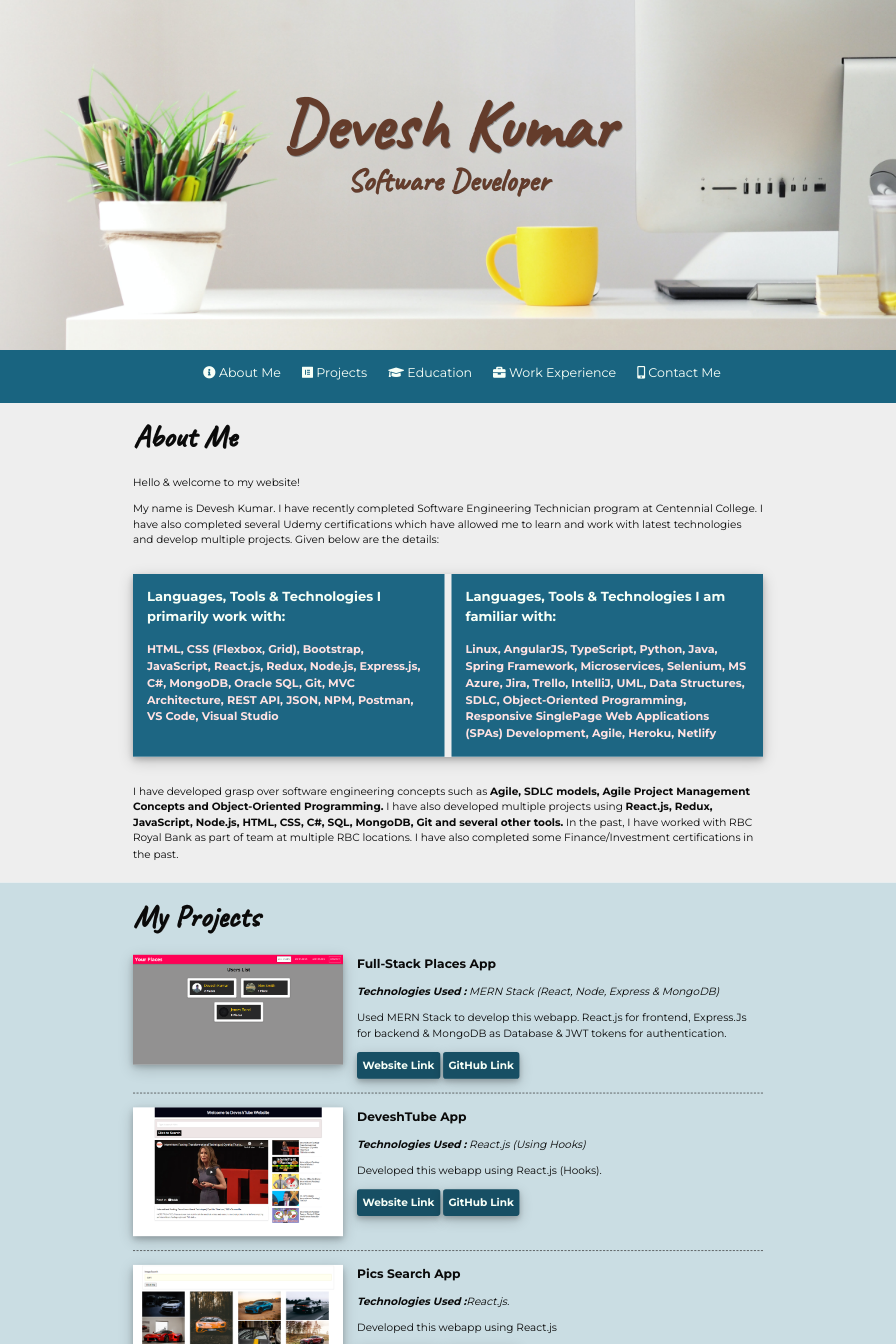
Repository: My-Web-Page/MyWebPage
Page: index.html
These files come from the project's save history. The page is drawn as it stood at one moment and after the next save; the edit follows.
The browser window is 1280 px wide. The pictures show the part of the page from y = 0 to 1920 px (the page is 5030 px tall), at 70% of full size.
Some web libraries are served in a nearby version.

Above is the page before, as saved 2021-11-03 09:53:20.

### index.html
<!DOCTYPE html>
<html lang="en">

<head>
    <meta charset="UTF-8">
    <meta name="viewport" content="width=device-width, initial-scale=1.0">
    <link href="./assets/images/favicon.ico" rel="icon" type="image/x-icon" />

    <title> Devesh Kumar : Full-Stack Developer</title>
    <link rel="preconnect" href="https://fonts.gstatic.com">
    <link href="https://fonts.googleapis.com/css2?family=Caveat&family=Montserrat:wght@400;700&display=swap" rel="stylesheet">
    <link rel="stylesheet" href="https://pro.fontawesome.com/releases/v5.10.0/css/all.css" integrity="sha384-AYmEC3Yw5cVb3ZcuHtOA93w35dYTsvhLPVnYs9eStHfGJvOvKxVfELGroGkvsg+p" crossorigin="anonymous" />

    <link rel="stylesheet" href="style.css">
</head>

<body>
    <main>
        <!-- ***********************  ABOUT / PROFILE  *********************** -->
        <header>
            <div class="container">
                <h1>Devesh Kumar</h1>
                <h2>Software Developer</h2>
            </div>
        </header>

        <nav id="navbar">
            <ul class="nav-ul">
                <li>
                    <a href="#about-me"><i class="fas fa-info-circle"></i> About Me</a>
                </li>
                <li>
                    <a href="#projects"><i class="fab fa-elementor"></i> Projects</a>
                </li>
                <li>
                    <a href="#education"><i class="fas fa-graduation-cap"></i> Education</a>
                </li>
                <li>
                    <a href="#work-experience"><i class="fas fa-briefcase"></i> Work Experience</a>
                </li>
                <li>
                    <a href="#contact"><i class="fas fa-mobile-alt"></i> Contact Me</a>
                </li>
            </ul>
        </nav>

        <!-- *********************About Me***********************  -->
        <section id="about-me">
            <div class="container">
                <h2>About Me</h2>
                <p>Hello & welcome to my website!
                </p>
                <p>
                    My name is Devesh Kumar. I have recently completed Software Engineering Technician program at Centennial College. I have also completed several Udemy certifications which have allowed me to learn and work with latest technologies and develop multiple
                    projects. Given below are the details:
                </p>
                <br>
                <div class="grid-container">
                    <div class="grid-item">
                        <h3>Languages, Tools & Technologies I primarily work with:</h3>
                        <h4> HTML, CSS (Flexbox, Grid), Bootstrap, JavaScript, React.js, Redux, Node.js, Express.js, C#, MongoDB, Oracle SQL, Git, MVC Architecture, REST API, JSON, NPM, Postman, VS Code, Visual Studio
                            </p>
                    </div>

                    <div class="grid-item">
                        <h3>Languages, Tools & Technologies I am familiar with:</h3>
                        <h4>Linux, AngularJS, TypeScript, Python, Java, Spring Framework, Microservices, Selenium, MS Azure, Jira, Trello, IntelliJ, UML, Data Structures, SDLC, Object-Oriented Programming, Responsive SinglePage Web Applications (SPAs) Development,
                            Agile, Heroku, Netlify
                            </p>
                    </div>
                </div>
                <br>
                <p>I have developed grasp over software engineering concepts such as <strong> Agile, SDLC models,
                        Agile Project Management Concepts and Object-Oriented Programming.</strong> I have also developed multiple projects using <strong> React.js, Redux, JavaScript, Node.js, HTML, CSS, C#, SQL,
                        MongoDB, Git and several other tools.</strong> In the past, I have worked with RBC Royal Bank as part of team at multiple RBC locations. I have also completed some Finance/Investment certifications in the past.
                </p>


            </div>
        </section>

        <!-- *********************Pop-Ups***********************  -->
        <section class="popup-wrapper" id="popup">
            <div class="container">
                <img id="popup-img" alt="finalproject popup">
            </div>
        </section>
        <!-- ********************  PROJECTS / PORTFOLIO  ********************* -->
        <section id="projects" class="projects">
            <div class="container divider">
                <h2>My Projects</h2>


                <!-- Project 1 -->
                <section class="project-item clearfix">
                    <img class="project-image" src="./assets/images/Places.png" alt="Full-Stack Places App">
                    <h3>Full-Stack Places App</h3>
                    <p> <strong>Technologies Used :</strong> MERN Stack (React, Node, Express & MongoDB)
                    </p>
                    <p>Used MERN Stack to develop this webapp. React.js for frontend, Express.Js for backend & MongoDB as Database & JWT tokens for authentication.
                    </p>
                    <a class="btn" href="https://devesh-mern-app.herokuapp.com/" target="_blank">Website Link</a>
                    <a class="btn" href="https://github.com/portretrieve/Full-stack-mern-forntend-backend-combined" target="_blank">GitHub Link</a>
                </section>

                <!-- Project 2 -->
                <section class="project-item clearfix">
                    <img class="project-image" src="./assets/images/deveshtube.png" alt="DeveshTube App">
                    <h3>DeveshTube App</h3>
                    <p> <strong>Technologies Used :</strong> React.js (Using Hooks)</p>
                    <p>Developed this webapp using React.js (Hooks).</p>
                    <a class="btn" href="https://blissful-pasteur-e62546.netlify.app/" target="_blank">Website Link</a>
                    <a class="btn" href="https://github.com/portretrieve/reactApp-DeveshTube-using-hooks" target="_blank">GitHub Link</a>
                </section>

                <!-- Project 3 -->
                <section class="project-item clearfix">
                    <img class="project-image" src="./assets/images/pics.png" alt="Pics Search App">
                    <h3>Pics Search App</h3>
                    <p> <strong>Technologies Used :</strong>React.js.</p>
                    <p>Developed this webapp using React.js
                    </p>
                    <a class="btn" href="https://eager-bassi-827826.netlify.app/" target="_blank">Website Link</a>
                    <a class="btn" href="https://github.com/portretrieve/reactApp-pics" target="_blank">GitHub Link</a>
                </section>

                <!-- Project 4 -->
                <section class="project-item clearfix">
                    <img class="project-image" src="./assets/images/assignment_2.png" alt="Portfolio Assignment Using Node.js, Bootstrap, EJS and MongoDB">
                    <h3>Personal Portfolio Website</h3>
                    <p> <strong>Technologies Used :</strong> EJS, CSS, Node.js and MongoDB.</p>
                    <p>Developed this website using above mentioned technologies. I used ExpressJs middleware, and passport.js for authentication.</p>
                    <a class="btn" href="https://comp229-asnmt2.herokuapp.com/home" target="_blank">Website Link</a>
                    <a class="btn" href="https://github.com/portretrieve/Assignment_2" target="_blank">GitHub Link</a>
                </section>

                <!-- Project 5 -->
                <section class="project-item clearfix">
                    <img class="project-image" src="./assets/images/final_project.png" alt="Final Project Using Node.js, Bootstrap, EJS and MongoDB">
                    <h3>Angel's Investment Website</h3>
                    <p> <strong>Technologies Used :</strong> EJS, CSS, Node.js and MongoDB.</p>
                    <p>Created this website as a group project using Node.js(Express.js), and Passport.js to authenticate.
                    </p>
                    <a class="btn" href="https://angelinvestfinal.herokuapp.com/" target="_blank">Website Link</a>
                    <a class="btn" href="https://github.com/Angel-Investor/AngelInvestor-Web-App" target="_blank">GitHub
                        Link</a>
                </section>

                <!-- Project 6 -->
                <section class="project-item clearfix">
                    <img class="project-image" src="./assets/images/slot-machine.png" alt="Casino slot machine game using HTML, CSS, JavaScript, TypeScript and EaselJS">
                    <h3>Slot Machine Game</h3>
                    <p> <strong>Technologies Used :</strong> HTML, CSS, JavaScript, TypeScript and EaselJS.</p>
                    <a class="btn" href="https://portretrieve.github.io/COMP125-Assignment-4-CreateJS-Slot-Machine/" target="_blank">Website Link</a>
                    <a class="btn" href="https://github.com/portretrieve/COMP125-Assignment-4-CreateJS-Slot-Machine" target="_blank">GitHub Link</a>
                </section>

                <!-- Project 7 -->
                <section class="project-item clearfix">
                    <img class="project-image" src="./assets/images/realEstate.png" alt="Real Estate Website">
                    <h3>Real Estate Website</h3>
                    <p> <strong>Technologies Used :</strong> HTML, CSS</p>
                    <p>Developed this website using only HTML, CSS as one of my school assignments.</p>
                    <a class="btn" href="http://studentweb.cencol.ca/dkumar63/project/home.html" target="_blank">Website
                        Link</a>
                    <a class="btn" href="https://github.com/portretrieve/Real-Estate-App" target="_blank">GitHub
                        Link</a>
                </section>

                <!-- Project 8 -->
                <section class="project-item clearfix">
                    <img class="project-image" src="./assets/images/restaurant_app.png" alt="Restaurant app using C# WPF MVVM">
                    <h3>Restaurant POS system app</h3>
                    <p> <strong>Technologies Used :</strong> C#, WPF and XAML.</p>
                    <p>Created the restaurant P.O.S app using C# and WPF.</p>
                    <a class="btn" href="https://github.com/portretrieve/Restaurant_app" target="_blank">GitHub Link</a>
                </section>
                <section>
                    <h3>Other Projects: </h3>
                    <p> <strong>Technologies Used :</strong> C#, WinForms, SQL, PL/SQL, Java, Python, Jira, Trello, Lucid Charts, MS Visio etc. </p>
                    <p>In addition to the projects above, I have also developed other projects using the languages and tools above. All of these projects can be found on my <span><a
                                href="https://github.com/portretrieve" target="_blank">GitHub Page</a>.</span></p>
                </section>
            </div>
        </section>

        <!-- ******************  EDUCATION & CERTIFICATIONS ****************** -->
        <section id="education" class="education">
            <div class="container item-details">

                <h2>Education</h2>

                <section>
                    <h3>Software Engineering Technician Program</h3>
                    <p>Centennial College, Toronto ON, 2020-2021</p>
                    <p>4 semesters full-time software engineering diploma program </p>
                </section>
            </div>
            <div class="container item-details">

                <h2>Certifications</h2>

                <section>
                    <h3>Modern JavaScript (Complete guide, from Novice to Ninja)</h3>
                    <p>Udemy May 2021 : The Net Ninja (Shaun Pelling)</p>
                </section>
                <section>
                    <h3>JavaScript: Understanding the Weird Parts</h3>
                    <p>Udemy June 2021 : Anthony Alicea</p>
                </section>
                <section>
                    <h3>Modern React with Redux</h3>
                    <p>Udemy July 2021 : Stephen Grider</p>
                </section>
                <section>
                    <h3>React, NodeJS, Express & MongoDB - The MERN Fullstack Guide</h3>
                    <p>Udemy Aug 2021 : Academind by Maximilian Schwarzmüller</p>
                </section>
                <section>
                    <h3>Data Structures/Algorithms, Git & GitHub essentials, C# Essencials, HTML and CSS Essentials</h3>
                    <p>LinkedIn Learning, May 2021 - Sep 2021 </p>
                </section>
                <section>
                    <h3>Chartered Financial Analyst – Level 1</h3>
                    <p>CFA Institute, 2018</p>
                </section>
                <br>
                <section class="csc">
                    <h3>Canadian Securities Course (CSC)</h3>
                    <h3>Derivatives Fundamentals and Options Licensing (DFOL)</h3>
                    <p>Canadian Securities Institute, 2017-2019 </p>
                </section>

            </div>
        </section>

        <!-- ***********************  WORK EXPERIENCE  *********************** -->
        <section id="work-experience" class="work-experience">
            <div class="container item-details divider">
                <h2>Work Experience</h2>

                <!-- Job 1 -->
                <section class="job-item">
                    <div class="job-details">
                        <h3>Freelance Software Developer</h3>
                        <p>Freelancing</p>
                        <p>Jan 2020 - Present</p>
                    </div>
                    <div class="job-summary">
                        <ul>
                            <li>Developed multiple projects using React.js, Redux, JavaScript, Node.js, HTML, CSS, C#, SQL, MongoDB, Git and other tools.
                            </li>
                            <li>Developed grasp over software engineering concepts such as Agile, SDLC models, Agile Project Management Concepts and Object-Oriented Programming during time at Centennial College and independent study using Udemy, LinkedIn
                                Learning & YouTube.</li>
                        </ul>

                    </div>
                </section>

                <!-- Job 2 -->
                <section class="job-item">
                    <div class="job-details">
                        <h3>Client Advisor</h3>
                        <p>RBC Royal Bank</p>
                        <p>Mar 2017 - Sep 2018</p>
                    </div>
                    <div class="job-summary">
                        <ul>
                            <li>Proactively engage with clients and deliver an outstanding service experience through completing transactions, and by identifying sales and referral opportunities.</li>
                            <li>Focus on education and demonstration, leverage technology to deliver a memorable client experience, drive sales and retain business.</li>
                            <li>Manage risks by adhering to compliance routines, processes, and controls to protect client and shareholder interests while completing transactions.</li>
                        </ul>

                    </div>
                </section>

                <a class="top-btn" href="#top">Page Top</a>

            </div>
        </section>


        <!-- *****************  CONTACT INFO / SOCIAL MEDIA  ***************** -->
        <footer>
            <div id="contact" class="container">
                <h2>Let's Stay in Touch!</h2>
                <!-- Social media and contact links. Add or remove any networks. -->
                <ul class="contact-list">
                    <li><a href="mailto:deveshkumar2107@hotmail.com"><i class="fas fa-envelope"></i>&nbsp;Email Me</a>
                    </li>
                    <li><a href="https://github.com/portretrieve" target="_blank"><i
                                class="fab fa-github"></i>&nbsp;GitHub</a></li>
                    <li><a href="https://www.linkedin.com/in/devesh-kumar-2aa03b64/" target="_blank"><i
                                class="fab fa-linkedin"></i>&nbsp;LinkedIn</a></li>
                </ul>
            </div>
        </footer>
    </main>
    <script src="./script.js"></script>
</body>

</html>

Loaded but not shown: script.js (18 lines, source omitted); style.css (431 lines, source omitted)

After the next save:
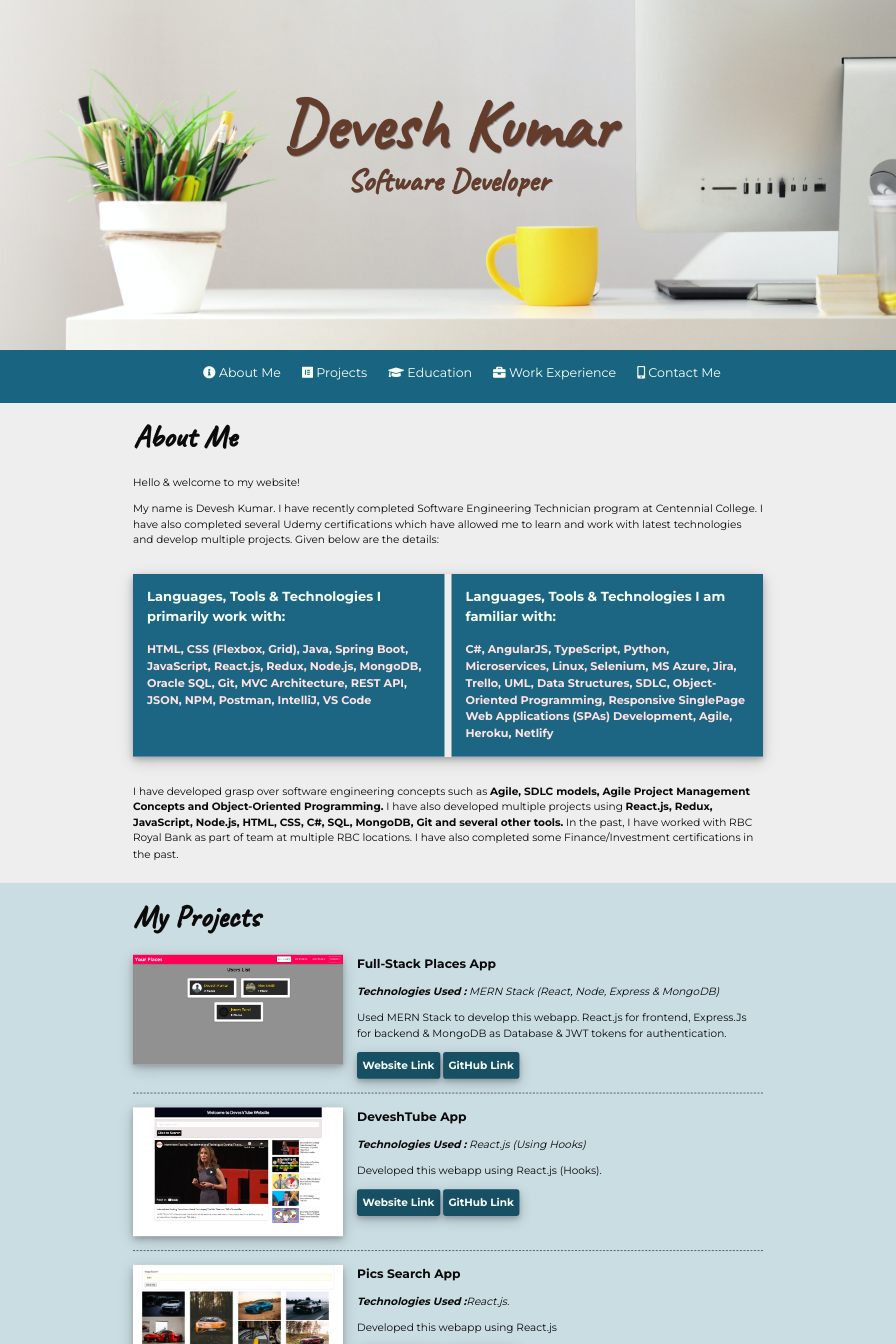
Saved 46 days later.
--- a/index.html
+++ b/index.html
@@ -58,14 +58,13 @@
                 <div class="grid-container">
                     <div class="grid-item">
                         <h3>Languages, Tools & Technologies I primarily work with:</h3>
-                        <h4> HTML, CSS (Flexbox, Grid), Bootstrap, JavaScript, React.js, Redux, Node.js, Express.js, C#, MongoDB, Oracle SQL, Git, MVC Architecture, REST API, JSON, NPM, Postman, VS Code, Visual Studio
+                        <h4> HTML, CSS (Flexbox, Grid), Java, Spring Boot, JavaScript, React.js, Redux, Node.js, MongoDB, Oracle SQL, Git, MVC Architecture, REST API, JSON, NPM, Postman, IntelliJ, VS Code
                             </p>
                     </div>
 
                     <div class="grid-item">
                         <h3>Languages, Tools & Technologies I am familiar with:</h3>
-                        <h4>Linux, AngularJS, TypeScript, Python, Java, Spring Framework, Microservices, Selenium, MS Azure, Jira, Trello, IntelliJ, UML, Data Structures, SDLC, Object-Oriented Programming, Responsive SinglePage Web Applications (SPAs) Development,
-                            Agile, Heroku, Netlify
+                        <h4>C#, AngularJS, TypeScript, Python, Microservices, Linux, Selenium, MS Azure, Jira, Trello, UML, Data Structures, SDLC, Object-Oriented Programming, Responsive SinglePage Web Applications (SPAs) Development, Agile, Heroku, Netlify
                             </p>
                     </div>
                 </div>
